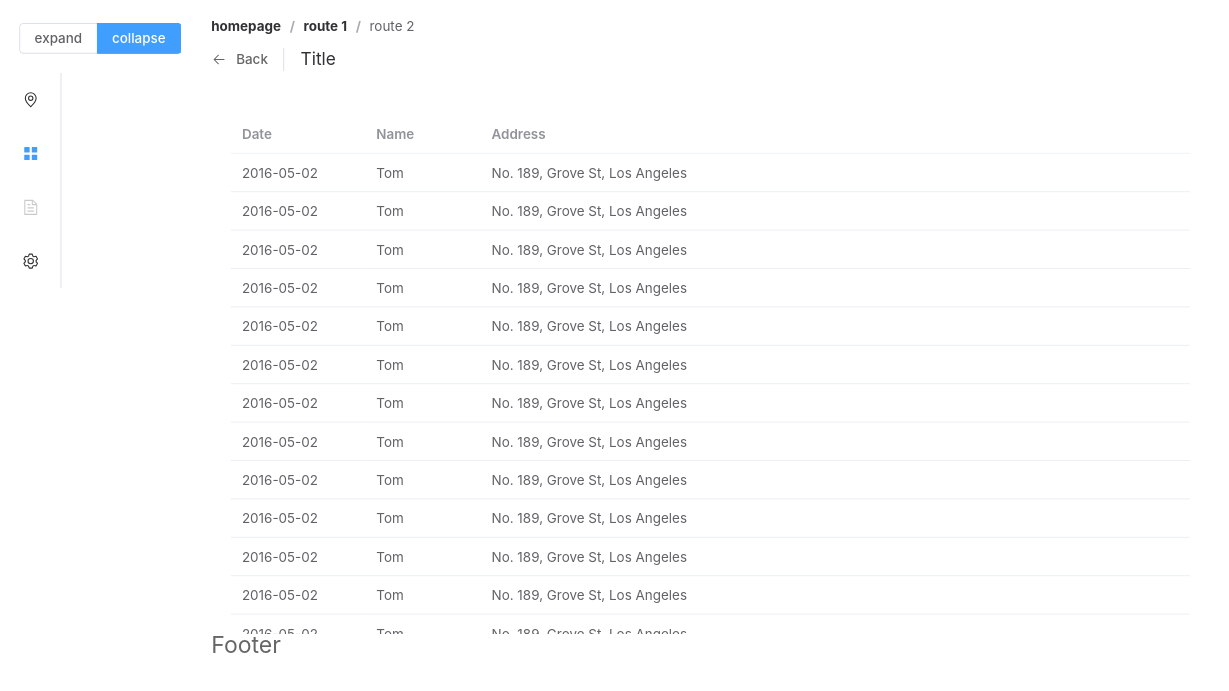
Repository: LeeypOR/management-system
Page: /
These files come from the project's save history. The page is drawn as it stood at one moment and after the next save; the edit follows.
The browser window is 1280 px wide. The pictures show the whole page, at 96% of full size.
An inner scrolling area shows only its first screen. The project was rebuilt for these pictures with package versions that can differ from the ones it lists, and the page was loaded fresh each time. Also part of the build but not shown: vite.config.ts.

Above is the page before, as saved 2023-02-27 12:37:56.
Console error: SyntaxError: Cannot use import statement outside a module

### index.html
<!DOCTYPE html>
<html lang="en">
  <head>
    <meta charset="UTF-8" />
    <link rel="icon" type="image/svg+xml" href="/vite.svg" />
    <script text="module" charset="UTF-8" src="./src/three.js/Three.js"></script>
    <meta name="viewport" content="width=device-width, initial-scale=1.0" />
    <title>Vite + Vue + TS</title>
  </head>
  <body>
    <div id="app" style="width: 100%;height: 100%;"></div>
    <script type="module" src="/src/main.ts"></script>
  </body>
</html>

### src/main.ts
import { createApp } from 'vue'
import './style.css'
import App from './App.vue'

import ElementPlus from 'element-plus'
import 'element-plus/dist/index.css'

const app = createApp(App)
app.use(ElementPlus)

app.mount('#app')

### src/style.css
:root {
  font-family: Inter, Avenir, Helvetica, Arial, sans-serif;
  font-size: 24px;
  line-height: 24px;
  font-weight: 400;

  color-scheme: light dark;
  /* color: rgba(255, 255, 255, 0.87); */
  color: #666666;
  background-color: #fff;
  /* background-color: #242424; */

  font-synthesis: none;
  text-rendering: optimizeLegibility;
  -webkit-font-smoothing: antialiased;
  -moz-osx-font-smoothing: grayscale;
  -webkit-text-size-adjust: 100%;
}

body,div,dl,dt,dd,ul,ol,li,h1,h2,h3,h4,h5,h6,pre,
form,fieldset,input,textarea,p,blockquote,th,td {
padding: 0;
margin: 0;
}
table {
border-collapse: collapse;
border-spacing: 0;
}
fieldset,img {
border: 0;
}
address,caption,cite,code,dfn,em,strong,th,var {
font-weight: normal;
font-style: normal;
}
ol,ul {
list-style: none;
}
caption,th {
text-align: left;
}
h1,h2,h3,h4,h5,h6 {
font-weight: normal;
font-size: 100%;
}
q:before,q:after {
content:'';
}
abbr,acronym { border: 0;
}
body,html{
  height: 100%;
}

### src/App.vue


<template>
  <Index></Index>
</template>

<script setup lang="ts">
import Index from './pages/index.vue'

</script>

<style scoped>
body{
  width: 100%;
  height: 100%;
}

.logo {
  height: 6em;
  padding: 1.5em;
  will-change: filter;
}
.logo:hover {
  filter: drop-shadow(0 0 2em #646cffaa);
}
.logo.vue:hover {
  filter: drop-shadow(0 0 2em #42b883aa);
}
</style>

### src/pages/index.vue
<template>
  <div class="common-layout">
    <el-container class="container">
      <el-aside width="200px">
        <Menu></Menu>
      </el-aside>
      <el-container >
        <el-header>
          <Header></Header>
        </el-header>
        <el-main>
          <Main></Main>
        </el-main>
        <el-footer>Footer</el-footer>
      </el-container>
    </el-container>
  </div>
</template>



<script setup lang="ts">
import Menu from './BasePage/Menu.vue'
import Header from './BasePage/Header.vue'
import Main from './BasePage/Main.vue'

</script>

<style lang="less"  scoped>
.common-layout{
  height: 100%;
  padding-top: 20px;
  box-sizing: border-box;
}
:deep(.container){
  height: 100%;
}
</style>

### src/pages/BasePage/Menu.vue
<template>
  <div class="container">
    <el-radio-group v-model="isCollapse" style="margin-bottom: 20px">
      <el-radio-button :label="false">expand</el-radio-button>
      <el-radio-button :label="true">collapse</el-radio-button>
    </el-radio-group>
    <el-menu default-active="2" class="el-menu-vertical-demo" :collapse="isCollapse" @open="handleOpen"
      @close="handleClose">
      <el-sub-menu index="1">
        <template #title>
          <el-icon>
            <location />
          </el-icon>
          <span>Navigator One</span>
        </template>
        <el-menu-item-group>
          <template #title><span>Group One</span></template>
          <el-menu-item index="1-1">item one</el-menu-item>
          <el-menu-item index="1-2">item two</el-menu-item>
        </el-menu-item-group>
        <el-menu-item-group title="Group Two">
          <el-menu-item index="1-3">item three</el-menu-item>
        </el-menu-item-group>
        <el-sub-menu index="1-4">
          <template #title><span>item four</span></template>
          <el-menu-item index="1-4-1">item one</el-menu-item>
        </el-sub-menu>
      </el-sub-menu>
      <el-menu-item index="2">
        <el-icon><icon-menu /></el-icon>
        <template #title>Navigator Two</template>
      </el-menu-item>
      <el-menu-item index="3" disabled>
        <el-icon>
          <document />
        </el-icon>
        <template #title>Navigator Three</template>
      </el-menu-item>
      <el-menu-item index="4">
        <el-icon>
          <setting />
        </el-icon>
        <template #title>Navigator Four</template>
      </el-menu-item>
    </el-menu>
  </div>
</template>



<script setup lang="ts">
import {
  Document,
  Menu as IconMenu,
  Location,
  Setting,
} from '@element-plus/icons-vue'

const isCollapse = ref(true)
const handleOpen = (key: string, keyPath: string[]) => {
  console.log(key, keyPath)
}
const handleClose = (key: string, keyPath: string[]) => {
  console.log(key, keyPath)
}

</script>

<style lang="less"  scoped>
.el-menu-vertical-demo:not(.el-menu--collapse) {
  width: 200px;
  min-height: 400px;
  height: 90%;
}
.el-radio-group{
  margin-left: 20px;
}
</style>

### src/pages/BasePage/Header.vue
<template>
  <el-page-header>
    <template #breadcrumb>
      <el-breadcrumb separator="/">
        <el-breadcrumb-item :to="{ path: './page-header.html' }">
          homepage
        </el-breadcrumb-item>
        <el-breadcrumb-item
          ><a href="./page-header.html">route 1</a></el-breadcrumb-item
        >
        <el-breadcrumb-item>route 2</el-breadcrumb-item>
      </el-breadcrumb>
    </template>
    <template #content>
      <span class="text-large font-600 mr-3"> Title </span>
    </template>
  </el-page-header>
</template>




<script setup lang="ts">

</script>

<style lang="less"  scoped>

</style>

### src/pages/BasePage/Main.vue
<template>
  <div>
    <el-main>
        <el-scrollbar>
          <el-table :data="tableData">
            <el-table-column prop="date" label="Date" width="140" />
            <el-table-column prop="name" label="Name" width="120" />
            <el-table-column prop="address" label="Address" />
          </el-table>
        </el-scrollbar>
      </el-main>
  </div>
</template>

<script lang="ts" setup>

const item = {
  date: '2016-05-02',
  name: 'Tom',
  address: 'No. 189, Grove St, Los Angeles',
}
const tableData = ref(Array.from({ length: 20 }).fill(item))
</script>

Loaded but not shown: src/three.js/Three.js (library)

After the next save:
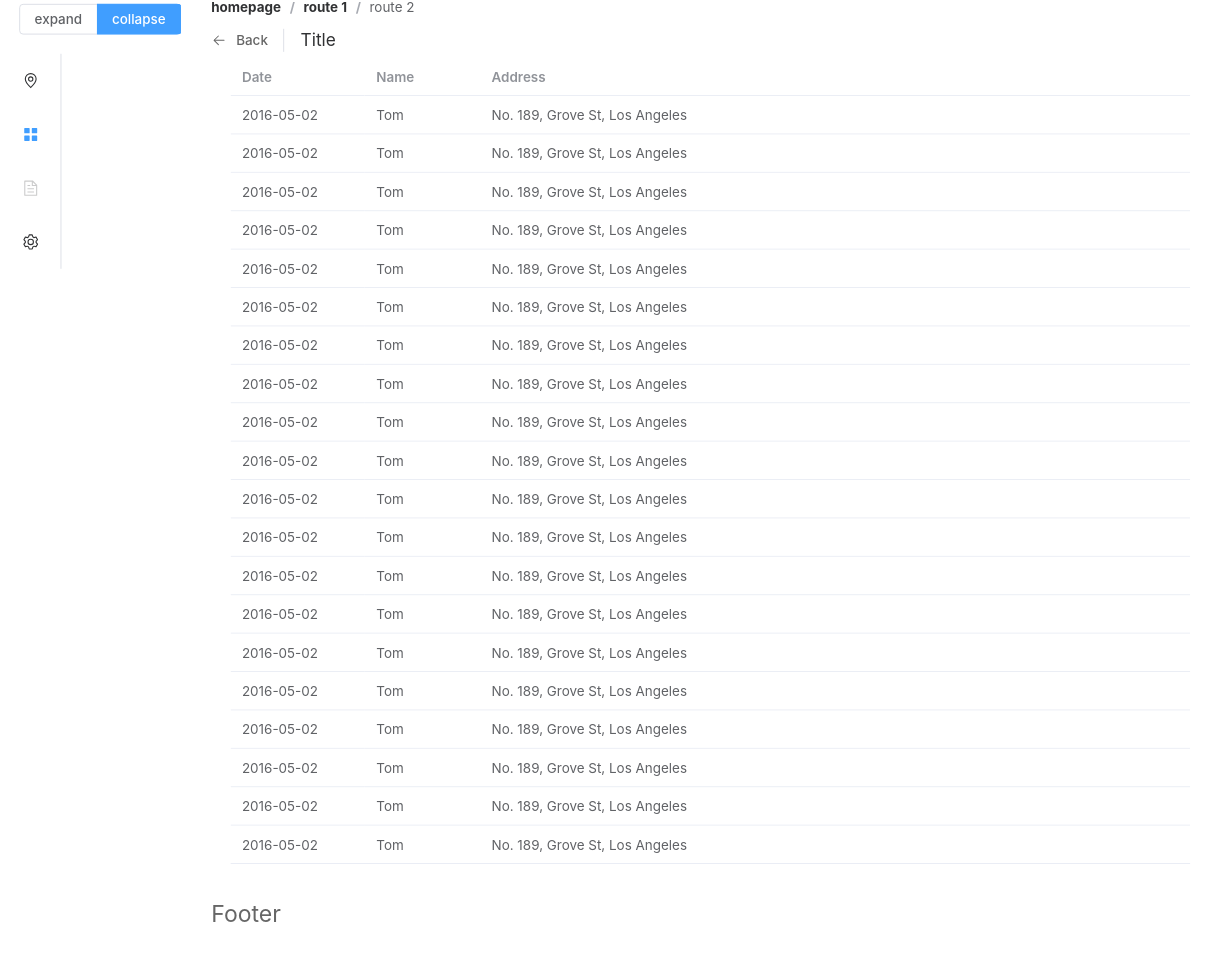
Saved 52 s later.
--- a/src/pages/index.vue
+++ b/src/pages/index.vue
@@ -27,12 +27,8 @@ import Main from './BasePage/Main.vue'
 </script>
 
 <style lang="less"  scoped>
-.common-layout{
-  height: 100%;
-  padding-top: 20px;
-  box-sizing: border-box;
-}
-:deep(.container){
-  height: 100%;
+
+:deep(.el-main){
+  padding-top: 0;
 }
 </style>
